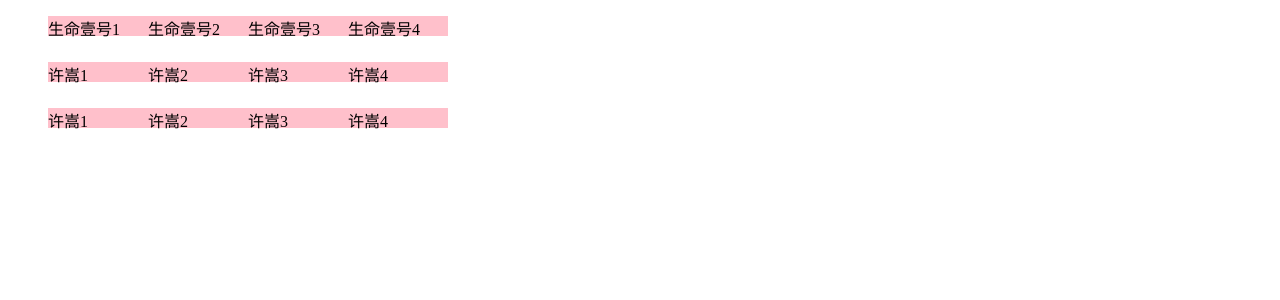
Repository: KaibutsuSama/CodePracticeExample
Page: Html5+Css3/Css3/04.浮动/04.浮动清除.html
An editor plug-in stored every save of this project. The page is shown before and after a run of saves, followed by the edit.
The browser window is 1280 px wide. The pictures show the whole page.

Above is the page before, as saved 2023-01-29 23:58:42.

After the next 2 saves:
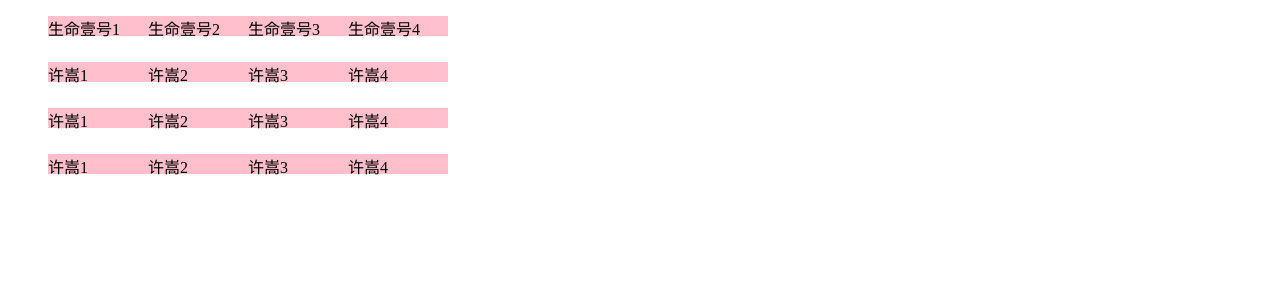
The 2 saves are shown as one change because they came seconds apart.
The last was saved 6 s later.
--- a/Html5+Css3/Css3/04.浮动/04.浮动清除.html
+++ b/Html5+Css3/Css3/04.浮动/04.浮动清除.html
@@ -45,5 +45,13 @@
 			<li>许嵩4</li>
 		</ul>
 	</div>
+	<div class="box4">
+		<ul>
+			<li>许嵩1</li>
+			<li>许嵩2</li>
+			<li>许嵩3</li>
+			<li>许嵩4</li>
+		</ul>
+	</div>
 </body>
 </html>
